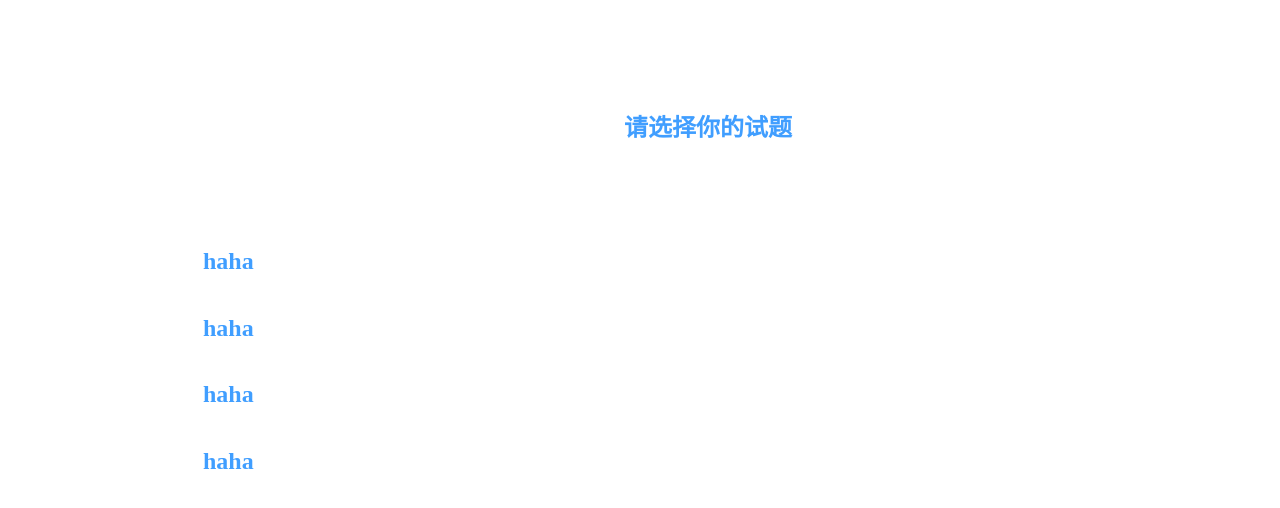
Repository: Fhup/OQP
Page: /home
The author's editor kept a copy of each file at every save. The page is drawn from the files as they stood at one save, then again after the next save.
The browser window is 1280 px wide. The pictures show the whole page.
The project was rebuilt for these pictures with package versions that can differ from the ones it lists, and the page was loaded fresh each time.

Above is the page before, as saved 2021-11-28 08:42:22.

### index.html
<!DOCTYPE html>
<html>
  <head>
    <meta charset="utf-8">
    <meta name="viewport" content="width=device-width,initial-scale=1.0">
    <title>oqp</title>
  </head>
  <body>
    <div id="app"></div>
    <!-- built files will be auto injected -->
  </body>
</html>

### src/main.js
import Vue from 'vue'
import App from './App'
import router from './router'

import ElementUI from 'element-ui';
import 'element-ui/lib/theme-chalk/index.css';

Vue.config.productionTip = false


Vue.use(ElementUI);

new Vue({
    el: '#app',
    router,
    render: h => h(App)
})

### src/App.vue
<template>
  <div id="app">
    <router-view></router-view>
  </div>
</template>

<script>
export default {
    name: 'App',
}
</script>

<style scoped>
  @import url('assets/css/base.css');
</style>

### src/router/index.js
//配置路由相关的信息
import Vue from 'vue'
import Router from 'vue-router'

const home = () =>
    import ('views/home/home')
const login = () =>
    import ('views/login/login')



// Vue.use() 安装插件
Vue.use(Router);
// 对多次push进行处理
const originalPush = Router.prototype.push
Router.prototype.push = function push(location) {
    return originalPush.call(this, location).catch(err => err)
}

var routes = [{
        path: "",
        redirect: "/login"
    },
    {
        path: "/login",
        component: login
    },
    {
        path: "/home",
        component: home
    }
]

const router = new Router({
    mode: 'history',
    linkActiveClass: 'active',
    routes
})


//前置守卫(guard)
// router.beforeEach((to, from, next) => {
//     //从from到to 实现路由导航
//     document.title = to.matched[0].meta.title
//     next()
// })

//后置钩子(hook)
// router.afterEach((to, from) => {
//     // console.log('----------')
// })

export default router

### src/views/home/home.vue
<template>
<div class="home">
  <home-check/>
</div>
</template>

<script>
import homeCheck from './childCopms/homeCheck.vue';
export default {
  components: { homeCheck },
  name: 'Home',

  data() {
    return {

    };
  },

  mounted() {

  },

  methods: {

  },
};
</script>

<style scoped>

</style>

### src/views/home/childCopms/homeCheck.vue
<template>
  <div class="homecheck">
      <el-row>
        <el-col :span="24"><div class="top">
          <h2>请选择你的试题</h2>
        </div></el-col>
      </el-row>
      <el-row :gutter="10" v-for="item in type">
        <home-check-item/>
      <!-- <el-col :span="6"><div class="grid-content" @click="check('java')">
        <el-card shadow="hover" >
          java试题
        </el-card>
      </div></el-col>
      <el-col :span="6"><div class="grid-content" @click="check('c')">
        <el-card shadow="hover" >
          c语言试题
        </el-card>
      </div></el-col>
      <el-col :span="6"><div class="grid-content" @click="check('javascript')">
        <el-card shadow="hover" >
          javascript试题
        </el-card>
      </div></el-col>
      <el-col :span="6"><div class="grid-content" @click="check('vue')">
        <el-card shadow="hover">
          vue试题
        </el-card>
      </div></el-col> -->
    </el-row>
  <el-dialog
    :title="checked"
    :visible.sync="dialogVisible"
    width="30%"
    :before-close="handleClose">
    <div>
      <div class="block">
        <span class="demonstration">选择试题个数(默认为10个)</span>
        <el-slider
          v-model="value"
          :step="10"
          :min="10"
          show-stops>
        </el-slider>
      </div>
    </div>
    <span slot="footer" class="dialog-footer">
      <el-button @click="dialogVisible = false">取 消</el-button>
      <el-button type="primary" @click="dialogVisible = false">确 定</el-button>
    </span>
  </el-dialog>
  </div>
</template>

<script>
import homeCheckItem from './homeCheckItem.vue';
export default {
  components: { homeCheckItem },
  name: 'homeCheck',

  data() {
    return {
      type:["java","c","javascript","vue"],
      dialogVisible: false,
      checked:null,
      value:[10,100]
    };
  },

  mounted() {

  },

  methods: {
    handleClose(done) {
        this.$confirm('确认关闭？')
          .then(_ => {
            done();
          })
          .catch(_ => {});
      },
    check(info){
      this.dialogVisible=true
      this.checked=info
    }
  },
};
</script>

<style scoped>
.homecheck{
    margin: 0 200px;
    min-width: 1000px;
    user-select: none;
  }
  .top{
    height: 200px;
    line-height: 200px;
    text-align: center;
  }
  h2{
    cursor: help;
    color:  #409EFF;
  }
</style>

<style>
  .homecheck .grid-content {
    min-height: 200px;
    min-width: 200px;
    height: 200px;
    border-radius: 20px;
    line-height: 160px;
    text-align: center;
    font-size: 20px;
    cursor: pointer;
  }
  .homecheck .el-card{
    height: 200px;
    border-radius: 20px;
  }
</style>

### src/views/home/childCopms/homeCheckItem.vue
<template>
  <div class="homecheckitem">
    <!-- <el-col :span="6"><div class="grid-content" @click="check('java')">
        <el-card shadow="hover" >
          java试题
        </el-card>
    </div></el-col> -->
    <h2>haha</h2>
  </div>
</template>

<script>
export default {
  name: 'homeCheckItem',

  data() {
    return {
    };
  },

  mounted() {

  },

  methods: {

  },
};
</script>

<style scoped>
.homecheck{
    margin: 0 200px;
    min-width: 1000px;
    user-select: none;
  }
  .top{
    height: 200px;
    line-height: 200px;
    text-align: center;
  }
  h2{
    cursor: help;
    color:  #409EFF;
  }
</style>

<style>
  .homecheck .grid-content {
    min-height: 200px;
    min-width: 200px;
    height: 200px;
    border-radius: 20px;
    line-height: 160px;
    text-align: center;
    font-size: 20px;
    cursor: pointer;
  }
  .homecheck .el-card{
    height: 200px;
    border-radius: 20px;
  }
</style>

Loaded but not shown: src/assets/css/base.css (common file)

After the next save:
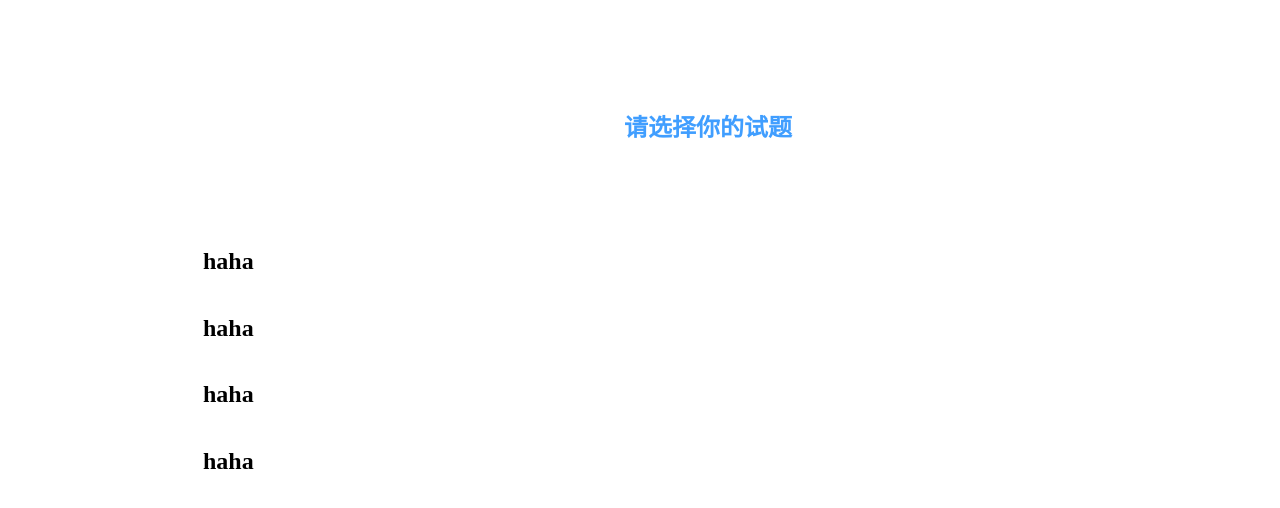
Saved 10 s later.
--- a/src/views/home/childCopms/homeCheckItem.vue
+++ b/src/views/home/childCopms/homeCheckItem.vue
@@ -29,35 +29,9 @@ export default {
 </script>
 
 <style scoped>
-.homecheck{
-    margin: 0 200px;
-    min-width: 1000px;
-    user-select: none;
-  }
-  .top{
-    height: 200px;
-    line-height: 200px;
-    text-align: center;
-  }
-  h2{
-    cursor: help;
-    color:  #409EFF;
-  }
+
 </style>
 
 <style>
-  .homecheck .grid-content {
-    min-height: 200px;
-    min-width: 200px;
-    height: 200px;
-    border-radius: 20px;
-    line-height: 160px;
-    text-align: center;
-    font-size: 20px;
-    cursor: pointer;
-  }
-  .homecheck .el-card{
-    height: 200px;
-    border-radius: 20px;
-  }
+
 </style>
